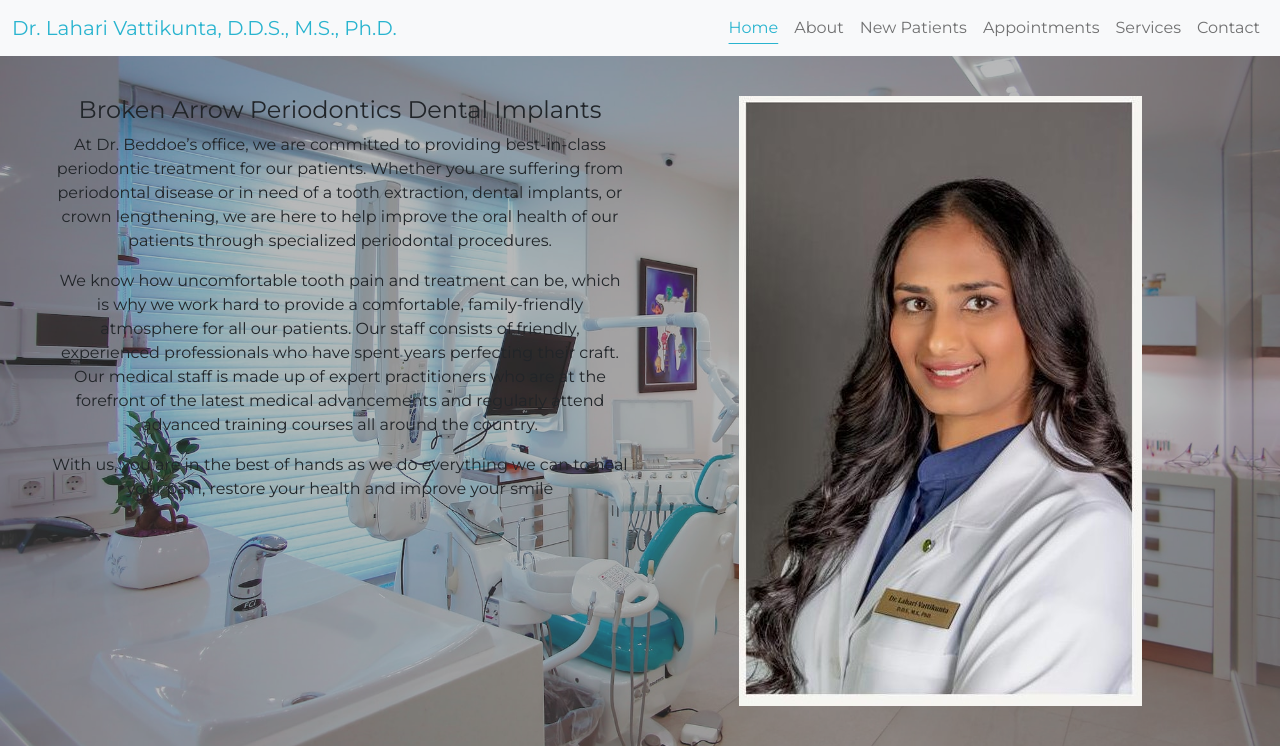
Repository: vineetha2438/baperio
Page: index.html
An editor plug-in stored every save of this project. The page is shown before and after the next save, followed by the edit.
The browser window is 1280 px wide. The pictures show the whole page.

Above is the page before, as saved 2022-11-13 19:42:05.

### index.html
<!DOCTYPE html>
<html lang="en">

<head>
  <meta charset="utf-8">
  <meta name="viewport" content="width=device-width, initial-scale=1">
  <title>Broken Arrow Periodontics Dental Implants</title>
  <link href="https://cdn.jsdelivr.net/npm/bootstrap@5.2.2/dist/css/bootstrap.min.css" rel="stylesheet" integrity="sha384-Zenh87qX5JnK2Jl0vWa8Ck2rdkQ2Bzep5IDxbcnCeuOxjzrPF/et3URy9Bv1WTRi"
    crossorigin="anonymous">
  <link href='https://fonts.googleapis.com/css?family=Montserrat' rel='stylesheet'>
  <link rel="stylesheet" href="index.css">
  <style>
    body {
      font-family: 'Montserrat' !important
    }
  </style>
</head>

<body>
  <nav class="navbar navbar-expand-lg sticky-top bg-light">
    <div class="container-fluid">
      <!-- <a class="navbar-brand" href="#">Navbar</a> -->
      <p class="navbar-brand mb-0 h1 theme-blue doctor-name">Dr. Lahari Vattikunta, D.D.S., M.S., Ph.D. </p>
      <button class="navbar-toggler" type="button" data-bs-toggle="collapse" data-bs-target="#navbarSupportedContent" aria-controls="navbarSupportedContent"
        aria-expanded="false" aria-label="Toggle navigation">
        <span class="navbar-toggler-icon"></span>
      </button>
      <div class="collapse navbar-collapse" id="navbarSupportedContent">
        <ul class="navbar-nav me-auto mb-2 mb-lg-0 auto-ml-0-mr">
          <li class="nav-item">
            <a class="nav-link active theme-blue" aria-current="page" href="index.html">Home</a>
          </li>
          <li class="nav-item">
            <a class="nav-link" href="about.html">About</a>
          </li>
          <li class="nav-item">
            <a class="nav-link" href="#">New Patients</a>
          </li>
          <li class="nav-item">
            <a class="nav-link" href="#">Appointments</a>
          </li>
          <li class="nav-item">
            <a class="nav-link" href="#">Services</a>
          </li>
          <li class="nav-item">
            <a class="nav-link" href="#">Contact</a>
          </li>
        </ul>
      </div>
    </div>
  </nav>
  <div class="container-fluid text-center">
    <div class="row section-one">
      <div class="bg-wrap">
        <div class="clinic-bg" data-image="clinic_bg.jpeg"></div>
      </div>
      <div class="col-sm-12 col-md-6">
        <h4>Broken Arrow Periodontics Dental Implants</h4>
        <p>At Dr. Beddoe’s office, we are committed to providing best-in-class periodontic treatment for our patients. Whether
          you are suffering from periodontal disease or in need of a tooth extraction, dental implants, or crown lengthening,
          we are here to help improve the oral health of our patients through specialized periodontal procedures.</p>

        <p>We know how uncomfortable tooth pain and treatment can be, which is why we work hard to provide a comfortable, family-friendly
          atmosphere for all our patients. Our staff consists of friendly, experienced professionals who have spent years
          perfecting their craft. Our medical staff is made up of expert practitioners who are at the forefront of the latest
          medical advancements and regularly attend advanced training courses all around the country.</p>

        <p>With us, you are in the best of hands as we do everything we can to heal your pain, restore your health and improve
          your smile</p>
      </div>
      <div class="col-sm-12 col-md-6">
        <img src="doctor.jpg" class="img-fluid" />
      </div>
    </div>
  </div>
  <script src="https://cdn.jsdelivr.net/npm/bootstrap@5.2.2/dist/js/bootstrap.bundle.min.js" integrity="sha384-OERcA2EqjJCMA+/3y+gxIOqMEjwtxJY7qPCqsdltbNJuaOe923+mo//f6V8Qbsw3"
    crossorigin="anonymous"></script>
</body>

</html>

### index.css
.theme-blue {
  color: rgb(41,180,207) !important;
}

.auto-ml-0-mr {
  margin-left: auto !important;
  margin-right: 0 !important;
}

.nav-link.active {
  text-decoration: underline;
  text-underline-offset: 10px;
}

.clinic-bg {
  opacity: 0.6;
  position: absolute;
  left: 0;
  top: 0;
  width: 100%;
  height: auto;
  background-image: url('./clinic_bg.jpeg');
  right: 0;
  bottom: 0;
  background-repeat: no-repeat;
  background-attachment: scroll;
  background-position: center center;
  background-size: cover;
}

.doctor-name {
  overflow: hidden;
  text-overflow: ellipsis;
}

.section-one {
  position: relative;
  padding: 40px
}

.bg-wrap {
  position: absolute;
  top: 0;
  left: 0;
  right: 0;
  z-index: -1;
  bottom: 0;
  overflow: hidden;
  background-color: rgb(80,80,80);
}

After the next save:
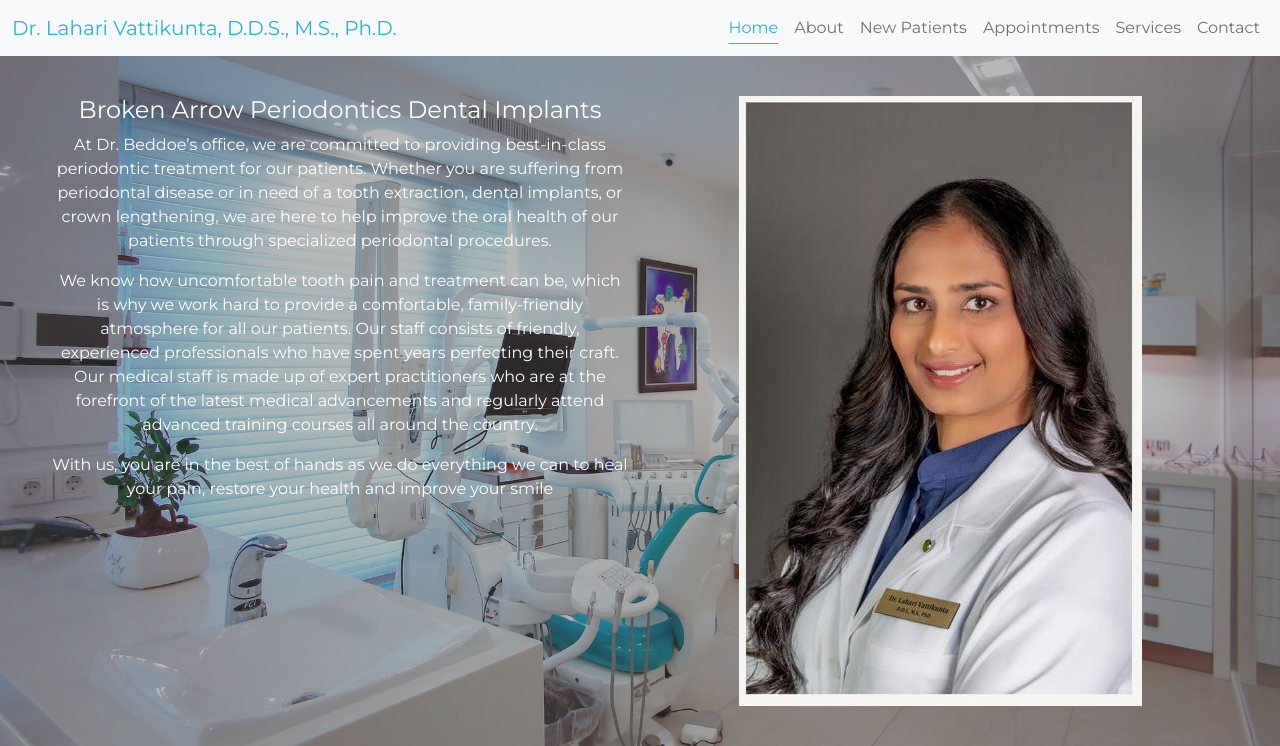
Saved 33 s later.
--- a/index.css
+++ b/index.css
@@ -35,7 +35,8 @@
 
 .section-one {
   position: relative;
-  padding: 40px
+  padding: 40px;
+  color: white;
 }
 
 .bg-wrap {
